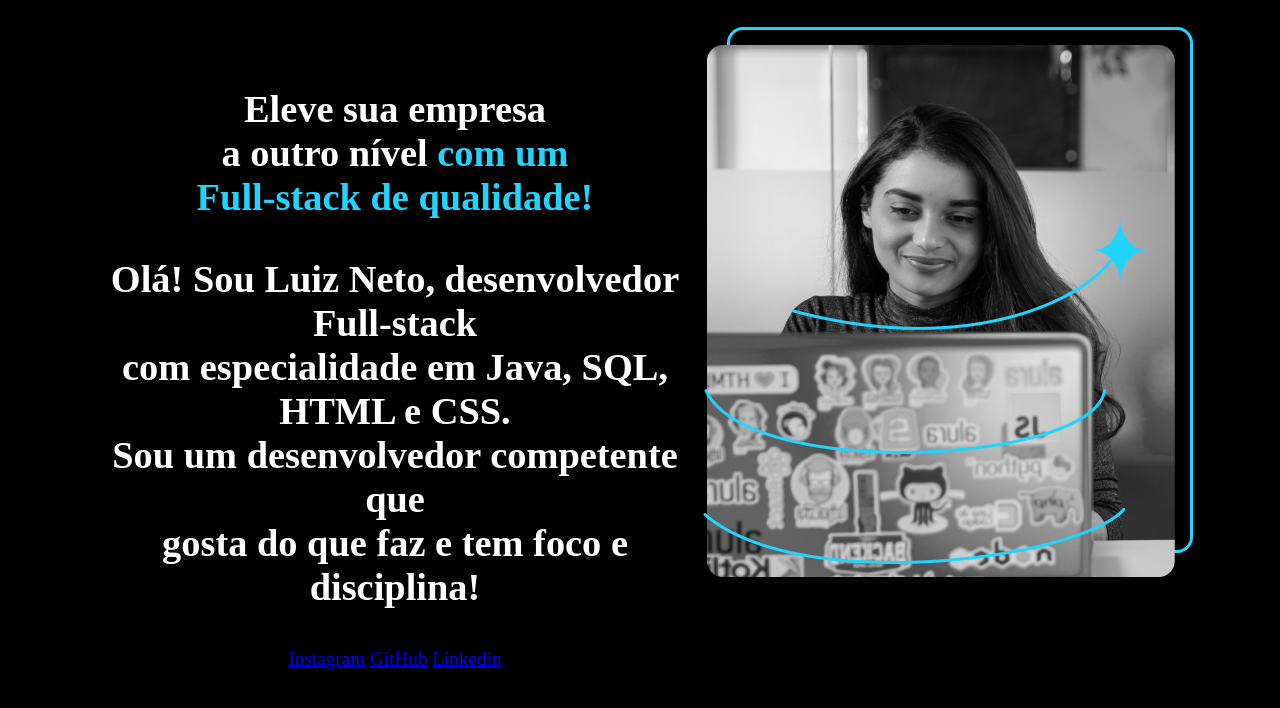
Repository: luiz123098/Sobre-mim-em-HTM-CSS
Page: htmlcss.html
These files come from the project's save history. The page is drawn as it stood at one moment and after the next save; the edit follows.
The browser window is 1280 px wide. The pictures show the whole page.

Above is the page before, as saved 2023-03-08 14:25:54.

### htmlcss.html
</html>
<!DOCTYPE html>
<html lang="pt-br">
<head>
    <meta charset="UTF-8">
    <meta http-equiv="X-UA-Compatible" content="IE=edge">
    <meta name="viewport" content="width=device-width, initial-scale=1.0">
    <title>Projeto Estudos</title>
    <link rel="stylesheet" href="style.Css">
</head>
<body>
    <main>
        <div class="flex-container">
            <div
                class="parte_esquerda">
                <h1>
                    Eleve sua empresa<br>
                    a outro nível
                    <strong
                        class="texto_em_destaque">
                        com um<br>Full-stack de qualidade!
                    </strong>
                    <p class="biografia">
                        Olá! Sou Luiz Neto, desenvolvedor Full-stack<br>
                        com especialidade em Java, SQL, HTML e CSS.<br>
                        Sou um desenvolvedor competente que<br>
                        gosta do que faz e tem foco e disciplina!
                    </p>
                </h1>
                <a href="https://www.instagram.com/luiz.alencar2/">
                    Instagram</a>
                <a href="https://github.com/luiz123098">
                    GitHub</a>
                <a href="https://www.linkedin.com/in/luiz-neto-alencar-b843651a9/">
                    Linkedin</a>
            </div>
            <p class="segunda_box">
                <img src="Imagem.png" alt="Não foi possivel encontrar a imagem"><br>
            </p>
        </div>
    </main>
    <footer>

    </footer>
</body>

### style.Css
body{
    background-color: black;
    color: white;
    text-align: center;
}

.biografia{
    width: auto;
    text-align: center;
}

.texto_em_destaque{
    color: #22D4FD;
}

.texto_editado{
    font-weight: bold;
}

.formacao{
    color: #22D4FD;
    border: 1px solid #22D4FD;
    padding: 10px;
}

div.parte_esquerda{
    text-align: center;
    height: 482px;
    width: 615px;
    left: 357px;
    top: 278px;
    border-radius: [object Object]px;
}

.flex-container {
    display: flex;
    /*isso centraliza o texto horizontalmente*/
    justify-content: center;
    /*isso centraliza o texto verticalmente*/
    align-items: center;

    border-radius: [object Object]px;
    height: auto;
    color: #fff;
    font-size: 1.2rem;
}

After the next save:
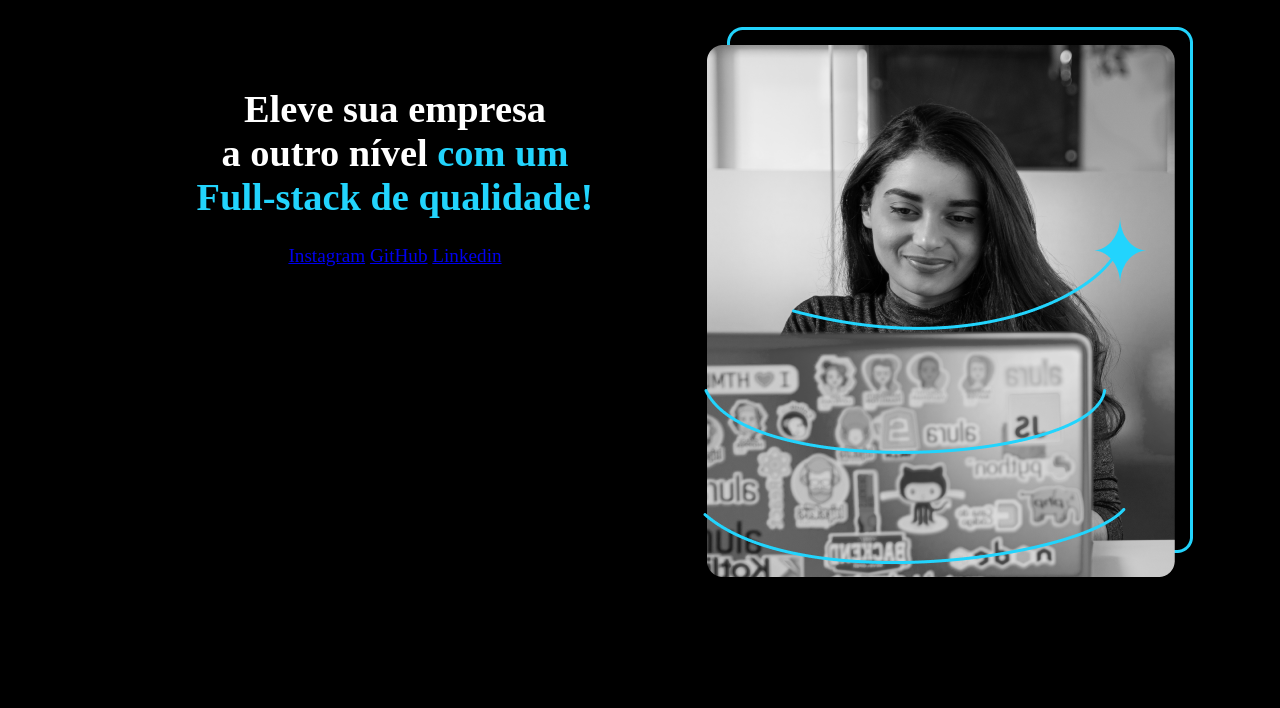
Saved 35 s later.
--- a/style.Css
+++ b/style.Css
@@ -5,7 +5,7 @@
 }
 
 .biografia{
-    width: auto;
+    font-size: 0%;
     text-align: center;
 }
 
